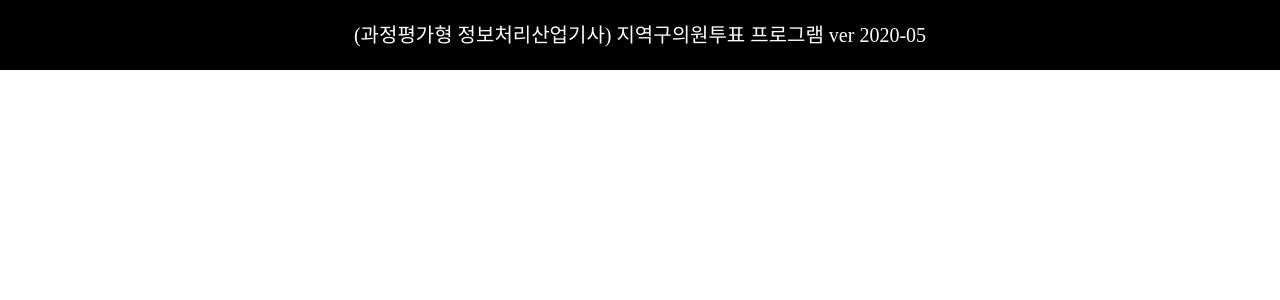
Repository: alsco727/JSP
Page: http://localhost/HRD_2207/header.jsp
An editor plug-in stored every save of this project. The page is shown before and after the next save, followed by the edit.
The browser window is 1280 px wide. The pictures show the whole page.
The page is served by Tomcat 9. Other server files are loaded and not shown.

Above is the page before, as saved 2022-08-29 08:17:40.

### information_Processing/JSP과제4/HRD_2207/src/main/webapp/header.jsp
<%@ page language="java" contentType="text/html; charset=UTF-8"
    pageEncoding="UTF-8"%>
<!DOCTYPE html>
<html>
<head>
<meta charset="UTF-8">
<title>header</title>
</head>
<body>
<header style="position:fixed; top:0px; left:0px; width:100%; height:70px; line-height:70px; text-align:center; background-color:black; color:white; font-size:20px;">(과정평가형 정보처리산업기사) 지역구의원투표 프로그램 ver 2020-05</header>

<nav>
<a href="">후보조회</a> &nbsp; &nbsp;
<a href="">투표하기</a> &nbsp; &nbsp;
<a href="">투표점수조회</a> &nbsp; &nbsp;
<a href="">후보자등수</a> &nbsp; &nbsp;
<a href="">홈으로</a> &nbsp; &nbsp;
</nav>
</body>
</html>

After the next save:
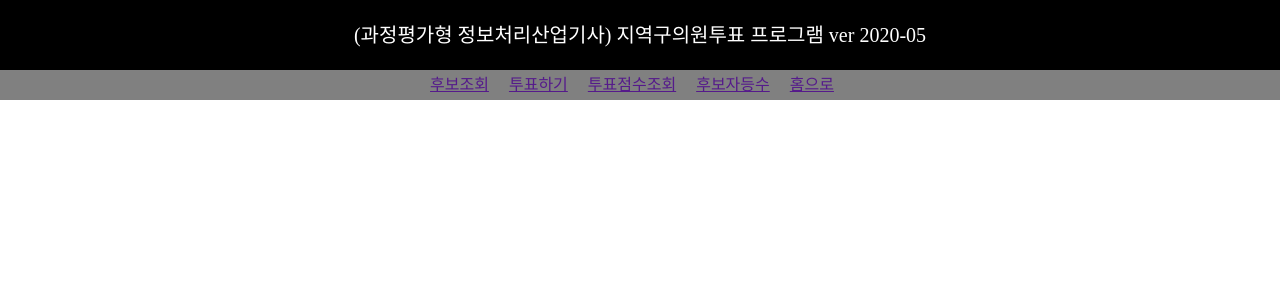
Saved 66 s later.
--- a/information_Processing/JSP과제4/HRD_2207/src/main/webapp/header.jsp
+++ b/information_Processing/JSP과제4/HRD_2207/src/main/webapp/header.jsp
@@ -9,7 +9,7 @@
 <body>
 <header style="position:fixed; top:0px; left:0px; width:100%; height:70px; line-height:70px; text-align:center; background-color:black; color:white; font-size:20px;">(과정평가형 정보처리산업기사) 지역구의원투표 프로그램 ver 2020-05</header>
 
-<nav>
+<nav style="position:fixed; top:70px; left:0px; width:100%; height:30px; line-height:30px; text-align:center; background-color:gray; color:white">
 <a href="">후보조회</a> &nbsp; &nbsp;
 <a href="">투표하기</a> &nbsp; &nbsp;
 <a href="">투표점수조회</a> &nbsp; &nbsp;
